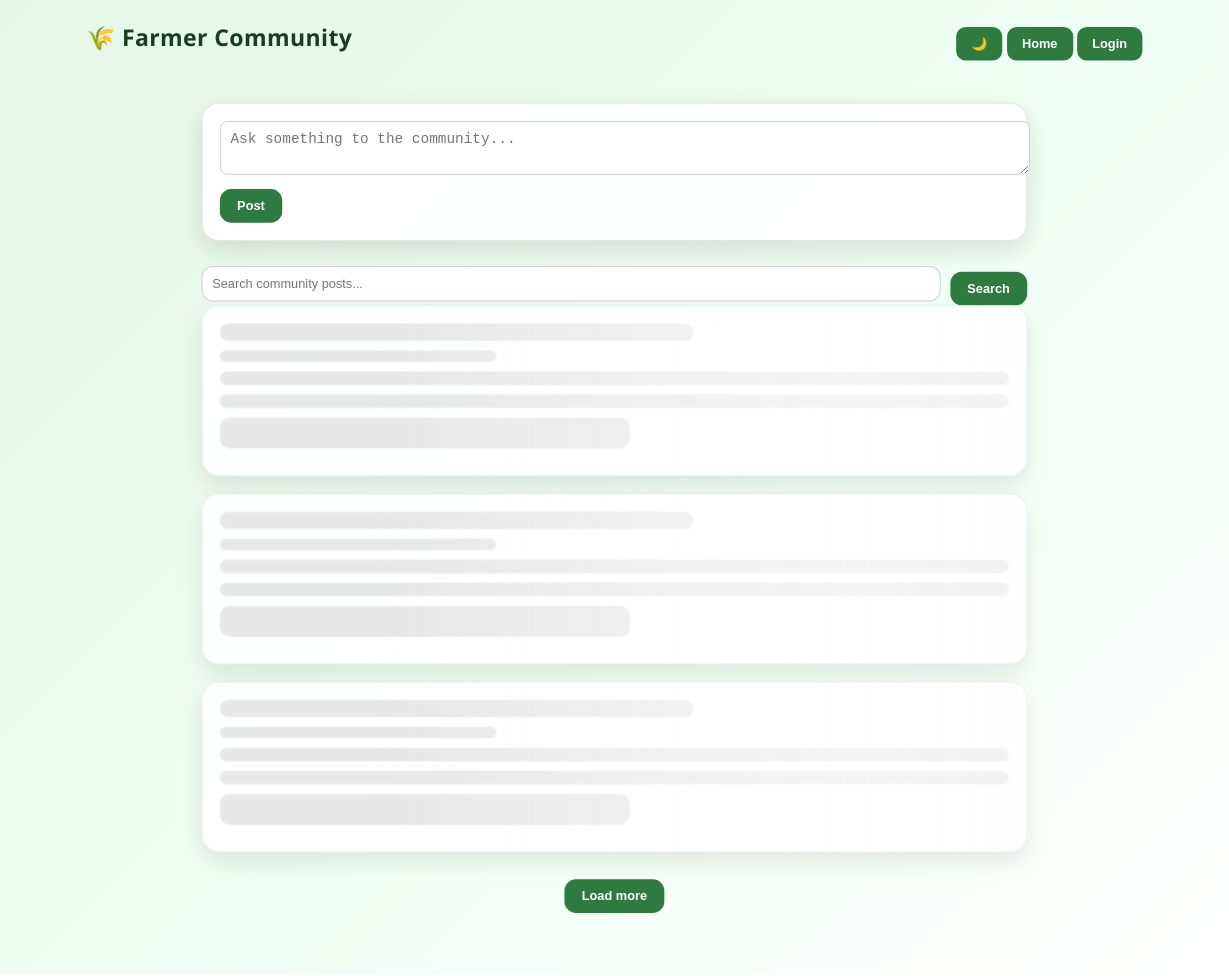
Repository: Desterhub/Agrogyanchatgpt
Page: agrogyan-gpt-main/frontend/community.html
These files come from the project's save history. The page is drawn as it stood at one moment and after the next save; the edit follows.
The browser window is 1280 px wide. The pictures show the whole page, at 96% of full size.
The page's requests for data from a server got no answer.

Above is the page before, as saved 2026-03-12 05:18:55.

After the next save:
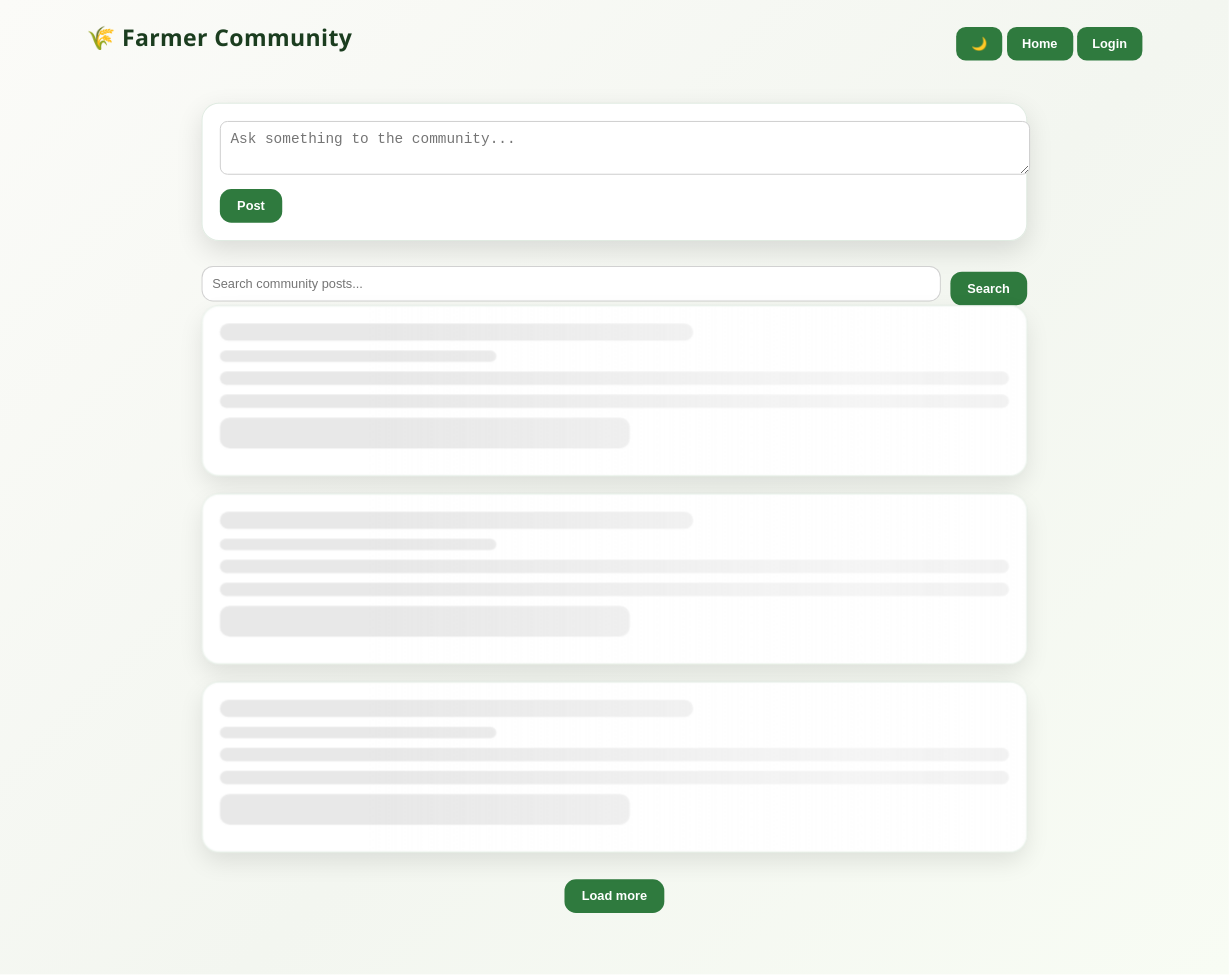
Saved 7 min 32 s later.
--- a/agrogyan-gpt-main/frontend/style.css
+++ b/agrogyan-gpt-main/frontend/style.css
@@ -1,7 +1,7 @@
 body {
     margin: 0;
     font-family: 'Segoe UI', Arial, sans-serif;
-    background: linear-gradient(135deg, #e4f7e6 0%, #f0fff5 55%, #ffffff 100%);
+    background: linear-gradient(135deg, #fbfbf8 0%, #f3f6f0 55%, #f8fcf4 100%);
     min-height: 100vh;
     color: #1b3d1f;
 }
